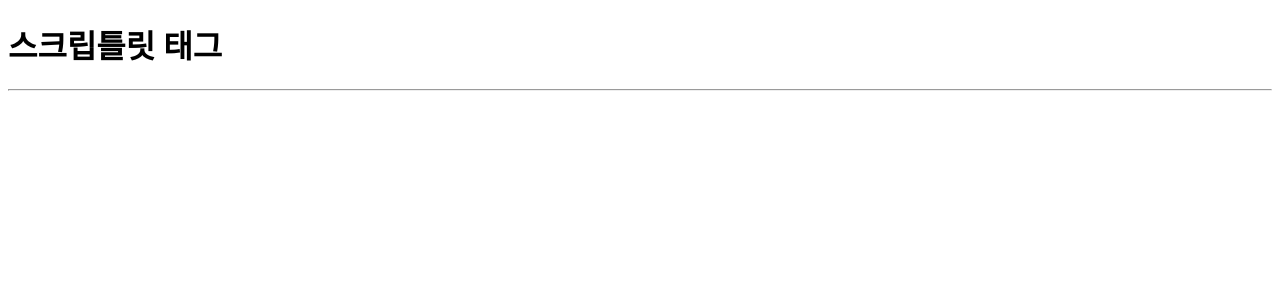
Repository: beescuit9510/toyProjects
Page: http://localhost/04_jspProject/jsp/scriptlet.jsp
The author's editor kept a copy of each file at every save. The page is drawn from the files as they stood at one save, then again after the next save.
The browser window is 1280 px wide. The pictures show the whole page.
The page is served by Tomcat 9.

Above is the page before, as saved 2021-09-30 03:16:00.

### web-server-workplace/04_jspProject/src/main/webapp/jsp/scriptlet.jsp
<%@ page language="java" contentType="text/html; charset=UTF-8"
    pageEncoding="UTF-8"%>
<!DOCTYPE html>
<html>
<head>
<meta charset="UTF-8">
<title>Insert title here</title>
</head>
<body>
	<h1>스크립틀릿 태그</h1>
	<hr>

</body>
</html>

After the next save:
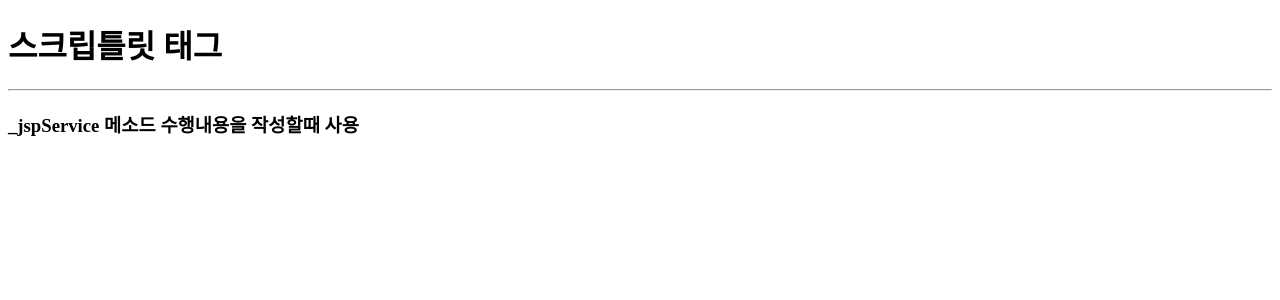
Saved 78 s later.
--- a/web-server-workplace/04_jspProject/src/main/webapp/jsp/scriptlet.jsp
+++ b/web-server-workplace/04_jspProject/src/main/webapp/jsp/scriptlet.jsp
@@ -9,6 +9,6 @@
 <body>
 	<h1>스크립틀릿 태그</h1>
 	<hr>
-
+	<h3>_jspService 메소드 수행내용을 작성할때 사용</h3>
 </body>
 </html>
